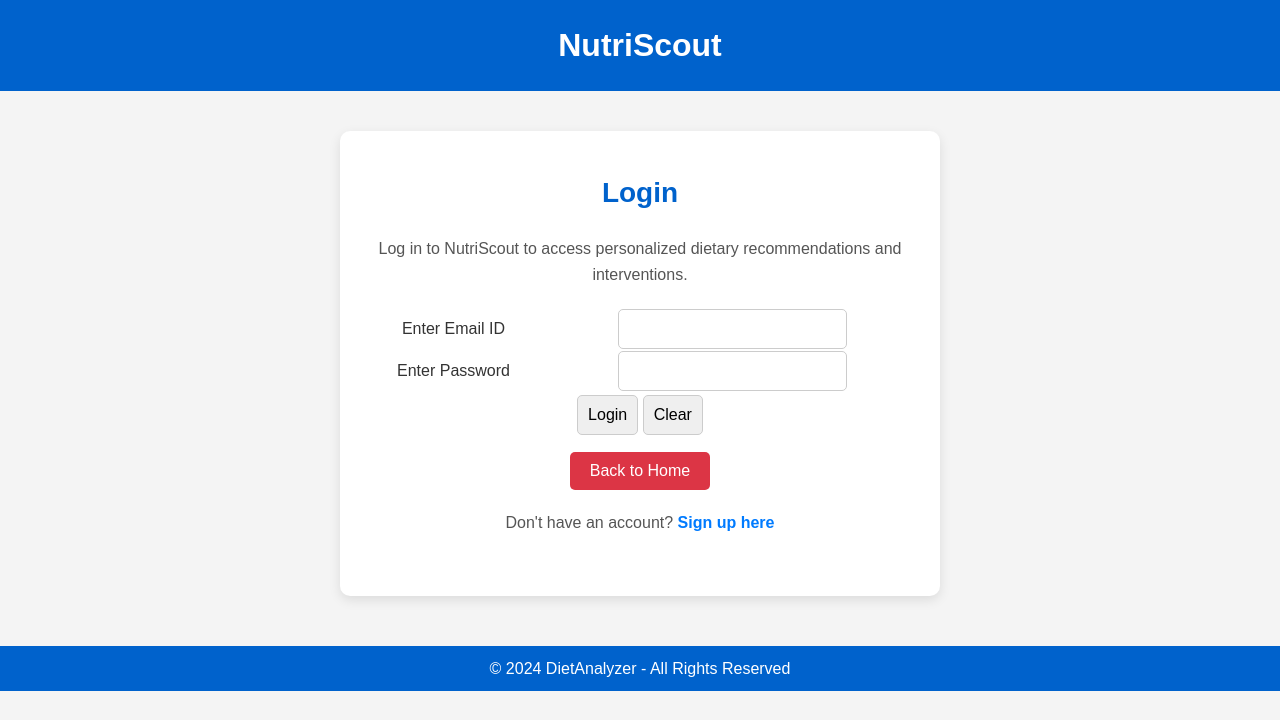
Repository: chaitanyasivathmika/NutrientDiet
Page: http://localhost/NutrientDiet/userlogin.jsp
An editor plug-in stored every save of this project. The page is shown before and after the next save, followed by the edit.
The browser window is 1280 px wide. The pictures show the whole page.
The page is served by Tomcat 10. Other server files are loaded and not shown.

Above is the page before, as saved 2024-11-17 04:22:15.

### NutrientDiet/src/main/webapp/userlogin.jsp
<%@ page language="java" contentType="text/html; charset=UTF-8"
    pageEncoding="UTF-8"%>
<!DOCTYPE html>
<html lang="en">
<head>
    <meta charset="UTF-8">
    <meta name="viewport" content="width=device-width, initial-scale=1.0">
    <title>Login - NutriScout</title>
    <style>
        /* General Styling */
* {
    margin: 0;
    padding: 0;
    box-sizing: border-box;
}

body {
    font-family: 'Arial', sans-serif;
    background-color: #f4f4f4;
    color: #333;
    line-height: 1.6;
}

/* Header */
header {
    background-color: #0062cc;
    color: white;
    padding: 20px 0;
    text-align: center;
}

.logo h1 {
    font-size: 32px;
    font-weight: bold;
}

/* Login Form */
main {
    padding: 40px 20px;
    max-width: 600px;
    margin: 40px auto;
    background-color: white;
    box-shadow: 0 4px 12px rgba(0, 0, 0, 0.1);
    border-radius: 10px;
    text-align: center;
}

.login-form h2 {
    font-size: 28px;
    color: #0062cc;
    margin-bottom: 20px;
}

.login-form p {
    font-size: 16px;
    margin-bottom: 20px;
    color: #555;
}

.login-form form {
    display: flex;
    flex-direction: column;
    gap: 15px;
}

.login-form label {
    font-size: 16px;
    text-align: left;
    color: #333;
}

.login-form input {
    padding: 10px;
    font-size: 16px;
    border: 1px solid #ccc;
    border-radius: 5px;
}

.login-form input:focus {
    outline: none;
    border-color: #007bff;
}

.submit-btn {
    background-color: #007bff;
    color: white;
    padding: 12px 20px;
    border: none;
    border-radius: 5px;
    cursor: pointer;
    font-size: 18px;
    margin-top: 10px;
    transition: background-color 0.3s ease;
}

.submit-btn:hover {
    background-color: #0056b3;
}

.back-btn {
    background-color: #dc3545;
    color: white;
    padding: 10px 20px;
    border: none;
    border-radius: 5px;
    cursor: pointer;
    font-size: 16px;
    margin-top: 15px;
    transition: background-color 0.3s ease;
}

.back-btn:hover {
    background-color: #c82333;
}

/* Signup Link */
.signup-link {
    margin-top: 20px;
    font-size: 16px;
}

.signup-link a {
    color: #007bff;
    text-decoration: none;
    font-weight: bold;
}

.signup-link a:hover {
    text-decoration: underline;
}

/* Footer */
footer {
    text-align: center;
    padding: 10px 0;
    background-color: #0062cc;
    color: white;
    margin-top: 50px;
}

    </style>
</head>
<body>
    <header>
        <div class="nav-bar">
            <div class="logo">
                <h1>NutriScout</h1>
            </div>
        </div>
    </header>

    <main>
        <section class="login-form">
            <h2>Login</h2>
            <p>Log in to NutriScout to access personalized dietary recommendations and interventions.</p>

            <form method="post" action="checkuserlogin">
            <table>
                <tr>
                    <td><label for="uemail">Enter Email ID</label></td>
                    <td><input type="email" id="uemail" name="uemail" required/></td>
                </tr>
                 <tr>
                    <td><label for="epwd">Enter Password</label></td>
                    <td><input type="password" id="upwd" name="upwd" required/></td>
                </tr>
                <tr>
                <tr>
                    <td colspan="2" class="button-container">
                        <input type="submit" value="Login"/>
                        <input type="reset" value="Clear"/>
                    </td>
                </tr>
            </table>
        </form>

            <button class="back-btn" onclick="window.location.href='/';">Back to Home</button>


            <p class="signup-link">
                Don't have an account? <a href="userreg">Sign up here</a>
            </p>
        </section>
    </main>

    <footer>
        <p>© 2024 DietAnalyzer - All Rights Reserved</p>
    </footer>
</body>
</html>

After the next save:
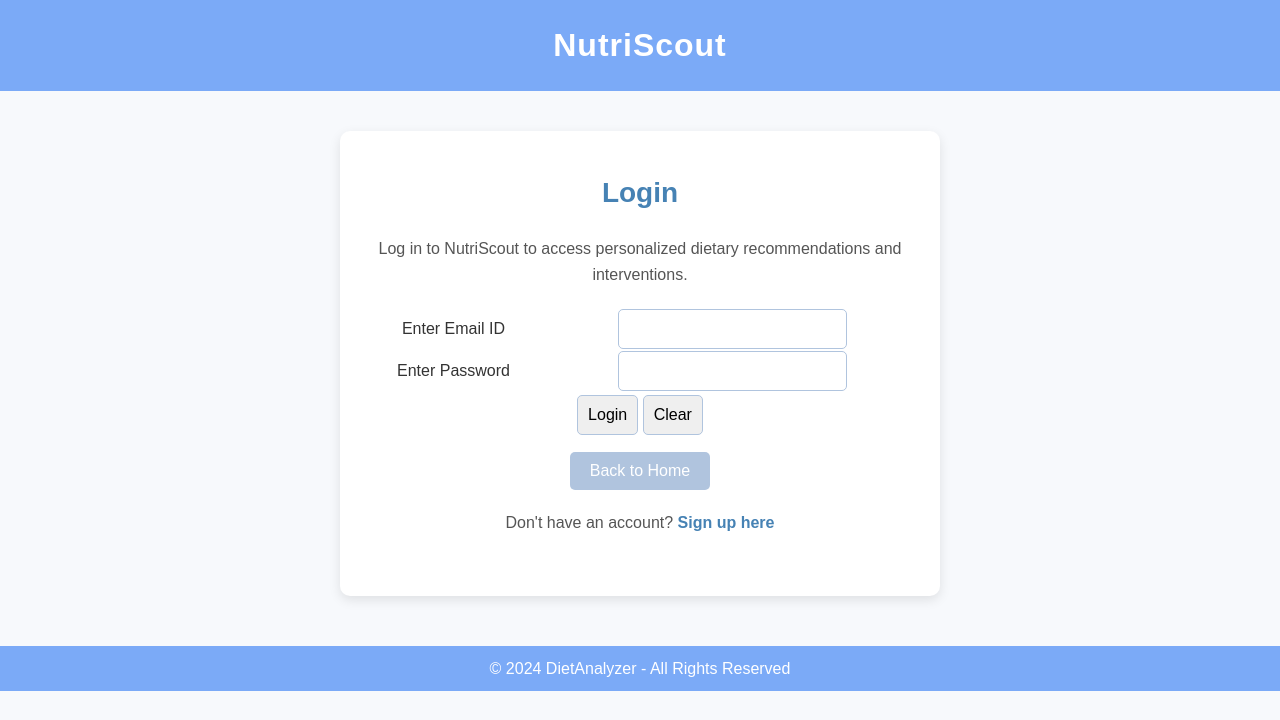
Saved 15 s later.
--- a/NutrientDiet/src/main/webapp/userlogin.jsp
+++ b/NutrientDiet/src/main/webapp/userlogin.jsp
@@ -7,7 +7,7 @@
     <meta name="viewport" content="width=device-width, initial-scale=1.0">
     <title>Login - NutriScout</title>
     <style>
-        /* General Styling */
+/* General Styling */
 * {
     margin: 0;
     padding: 0;
@@ -16,14 +16,14 @@
 
 body {
     font-family: 'Arial', sans-serif;
-    background-color: #f4f4f4;
-    color: #333;
+    background-color: #f7f9fc; /* Soft light blue background */
+    color: #333; /* Neutral dark text color */
     line-height: 1.6;
 }
 
 /* Header */
 header {
-    background-color: #0062cc;
+    background-color: #7baaf7; /* Light blue representing health and balance */
     color: white;
     padding: 20px 0;
     text-align: center;
@@ -32,6 +32,7 @@ header {
 .logo h1 {
     font-size: 32px;
     font-weight: bold;
+    letter-spacing: 1px;
 }
 
 /* Login Form */
@@ -39,7 +40,7 @@ main {
     padding: 40px 20px;
     max-width: 600px;
     margin: 40px auto;
-    background-color: white;
+    background-color: white; /* Clean white background for focus */
     box-shadow: 0 4px 12px rgba(0, 0, 0, 0.1);
     border-radius: 10px;
     text-align: center;
@@ -47,14 +48,14 @@ main {
 
 .login-form h2 {
     font-size: 28px;
-    color: #0062cc;
+    color: #4682b4; /* Medium blue for headings */
     margin-bottom: 20px;
 }
 
 .login-form p {
     font-size: 16px;
     margin-bottom: 20px;
-    color: #555;
+    color: #555; /* Subtle gray for body text */
 }
 
 .login-form form {
@@ -72,17 +73,18 @@ main {
 .login-form input {
     padding: 10px;
     font-size: 16px;
-    border: 1px solid #ccc;
+    border: 1px solid #b0c4de; /* Light steel blue for input borders */
     border-radius: 5px;
 }
 
 .login-form input:focus {
     outline: none;
-    border-color: #007bff;
+    border-color: #4682b4; /* Highlighting focus with medium blue */
+    box-shadow: 0 0 5px rgba(70, 130, 180, 0.5);
 }
 
 .submit-btn {
-    background-color: #007bff;
+    background-color: #4682b4; /* Medium blue for action buttons */
     color: white;
     padding: 12px 20px;
     border: none;
@@ -94,11 +96,11 @@ main {
 }
 
 .submit-btn:hover {
-    background-color: #0056b3;
+    background-color: #5b9bd5; /* Lighter blue for hover state */
 }
 
 .back-btn {
-    background-color: #dc3545;
+    background-color: #b0c4de; /* Soft steel blue for secondary buttons */
     color: white;
     padding: 10px 20px;
     border: none;
@@ -110,7 +112,7 @@ main {
 }
 
 .back-btn:hover {
-    background-color: #c82333;
+    background-color: #c5d8eb; /* Even lighter shade for hover state */
 }
 
 /* Signup Link */
@@ -120,7 +122,7 @@ main {
 }
 
 .signup-link a {
-    color: #007bff;
+    color: #4682b4; /* Blue link to match theme */
     text-decoration: none;
     font-weight: bold;
 }
@@ -133,10 +135,11 @@ main {
 footer {
     text-align: center;
     padding: 10px 0;
-    background-color: #0062cc;
+    background-color: #7baaf7; /* Matching header color for consistency */
     color: white;
     margin-top: 50px;
 }
+
 
     </style>
 </head>
